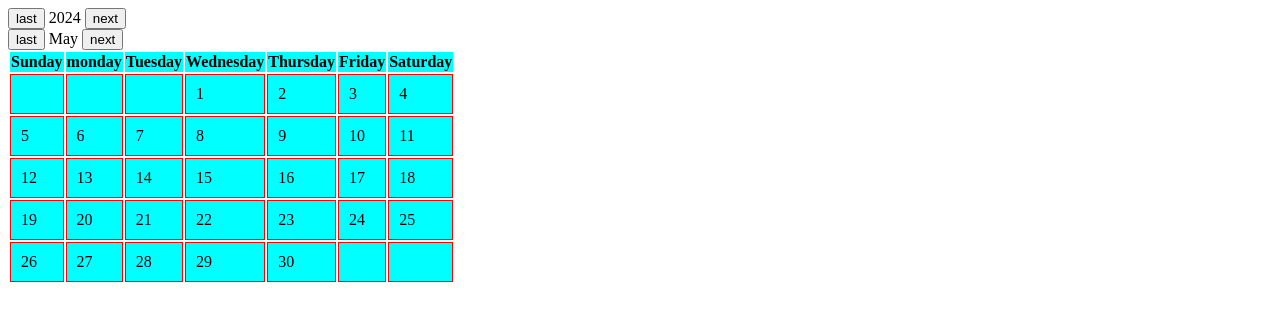
Repository: fateme81yosefi/calendar
Page: index.html
These files come from the project's save history. The page is drawn as it stood at one moment and after a run of saves; the edit follows.
The browser window is 1280 px wide. The pictures show the whole page.
After loading, the first visible `.contain-month > button` was clicked once.

Above is the page before, as saved 2024-05-30 22:42:26.

### index.html
<!DOCTYPE html>

<html>

<head>
  <title>calendar</title>
  <link rel="icon" type="image/x-icon" href="/images/fav.png">
  <link rel="stylesheet" href="styles.css">

</head>

<body>

  <div class="container-calendar">
    <div class="contain-year">
      <button onclick="decYear()">
        last </button>
      <span id="year"></span>
      <button onclick="incYear()"> next </button>

    </div>
    <div class="contain-month">
      <button onclick="dec()"> last </button>
      <span id="month"></span>
      <button onclick="increaseMonth()">next </button>
    </div>
    <table>
      <tr>
        <th>Sunday</th>
        <th>monday</th>
        <th>Tuesday</th>
        <th>Wednesday </th>
        <th>Thursday</th>
        <th>Friday</th>
        <th>Saturday</th>
      </tr>

      <tr>
        <td id="1-1"> </td>
        <td id="1-2"> </td>
        <td id="1-3"> </td>
        <td id="1-4"> </td>
        <td id="1-5"> </td>
        <td id="1-6"> </td>
        <td id="1-7"> </td>
      </tr>

      <tr>
        <td id="2-1"> </td>
        <td id="2-2"> </td>
        <td id="2-3"> </td>
        <td id="2-4"> </td>
        <td id="2-5"> </td>
        <td id="2-6"> </td>
        <td id="2-7"> </td>
      </tr>

      <tr>
        <td id="3-1"> </td>
        <td id="3-2"> </td>
        <td id="3-3"> </td>
        <td id="3-4"> </td>
        <td id="3-5"> </td>
        <td id="3-6"> </td>
        <td id="3-7"> </td>
      </tr>

      <tr>
        <td id="4-1"> </td>
        <td id="4-2"> </td>
        <td id="4-3"> </td>
        <td id="4-4"> </td>
        <td id="4-5"> </td>
        <td id="4-6"> </td>
        <td id="4-7"> </td>
      </tr>

      <tr>
        <td id="5-1"> </td>
        <td id="5-2"> </td>
        <td id="5-3"> </td>
        <td id="5-4"> </td>
        <td id="5-5"> </td>
        <td id="5-6"> </td>
        <td id="5-7"> </td>
      </tr>
    </table>
  </div>



  <script src="/scripts.js"></script>

</body>

</html>

### styles.css
tr{
    background-color: aqua;
    border: 1px solid red;
    padding: 10px;
    margin: 2px;
}
td{
    background-color: aqua;
    border: 1px solid red;
    padding: 10px;
    margin: 2px;
}

### scripts.js
const d = new Date();
m = d.getMonth()
y = d.getFullYear()
day = d.getDate()
weekday = d.getDay()
weekday++

function increaseMonth() {
    console.log(increaseMonth)

    m = document.getElementById("month").innerHTML
    month=monthNameToNum(m)
    console.log(month)
    fillAllDay(month++, y, dayCount)
    setMonth(month++)
}

function dec() {
    console.log("decreasMonth")

    m = document.getElementById("month").innerHTML
    month=monthNameToNum(m)
    console.log(month)

}

function incYear() {
    let yy = parseInt(document.getElementById("year").innerHTML);
    console.log(yy)

}

function decYear() {
    let yy = parseInt(document.getElementById("year").innerHTML);
    fillAllDay(month, yy - 1, dayCount);
    setYear(yy - 1);
}


function setYear(y) {
    document.getElementById("year").innerHTML = y
}
function monthNameToNum(m) {
    switch (m) {
        case "January": return 1;
        case "February": return 2;
        case "March": return 3;
        case "April": return 4;
        case "May": return 5;
        case "June": return 6;
        case "July": return 7;
        case "August": return 8;
        case "September": return 9;
        case "October": return 10;
        case "November": return 11;
        case "December": return 12;
    }
}
function setMonth(m) {
    switch (m) {
        case 1: month = "January";
            break;
        case 2: month = "February";
            break;
        case 3: month = "March";
            break;
        case 4: month = "April";
            break;
        case 5: month = "May";
            break;
        case 6: month = "June";
            break;
        case 7: month = "July";
            break;
        case 8: month = "August";
            break;
        case 9: month = "September";
            break;
        case 10: month = "October";
            break;
        case 11: month = "November";
            break;
        case 12: month = "December";
            break;
    }
    document.getElementById("month").innerHTML = month

}

function findFirstDayMonth(m, y) {
    const date = new Date(y + "-" + m + "-" + 1)
    return date.getDay()
}

function calcDayCount(m) {
    switch (m + 1) {
        case 1: return 31;
        case 2: return 28;
        case 3: return 31;
        case 4: return 30;
        case 5: return 31;
        case 6: return 30;
        case 7: return 31;
        case 8: return 31;
        case 9: return 30;
        case 10: return 31;
        case 11: return 30;
        case 12: return 31;
    }
}

function fillAllDay(m, y, dayCount) {
    m++;

    var fd = findFirstDayMonth(m, y);
    fd++;

    let row = 1
    let col = fd

    for (let i = 1; i <= dayCount; i++) {
        const x = row + "-" + col;
        document.getElementById(x).innerHTML = i;
        if (col >= 7) {
            col = 1;
            row++;
        } else {
            col++;
        }
        if (row >= 6) {
            row = 1;
        }
    }
}

dayCount = calcDayCount(m + 1)

fillAllDay(m, y, dayCount)
setMonth(m+1)
setYear(y)

After the next 2 saves:
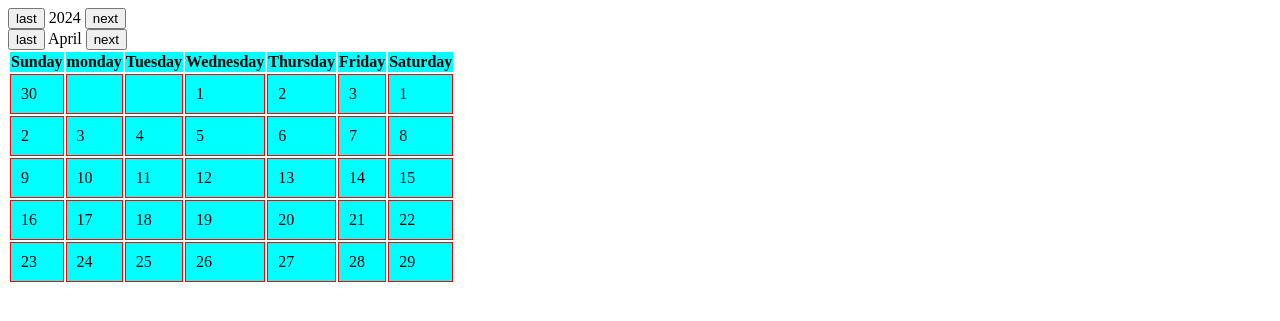
The 2 saves are shown as one change because they came seconds apart.
The last was saved 21 s later.
--- a/scripts.js
+++ b/scripts.js
@@ -21,7 +21,8 @@ function dec() {
     m = document.getElementById("month").innerHTML
     month=monthNameToNum(m)
     console.log(month)
-
+    fillAllDay(month--, y, dayCount)
+    setMonth(month--)
 }
 
 function incYear() {
